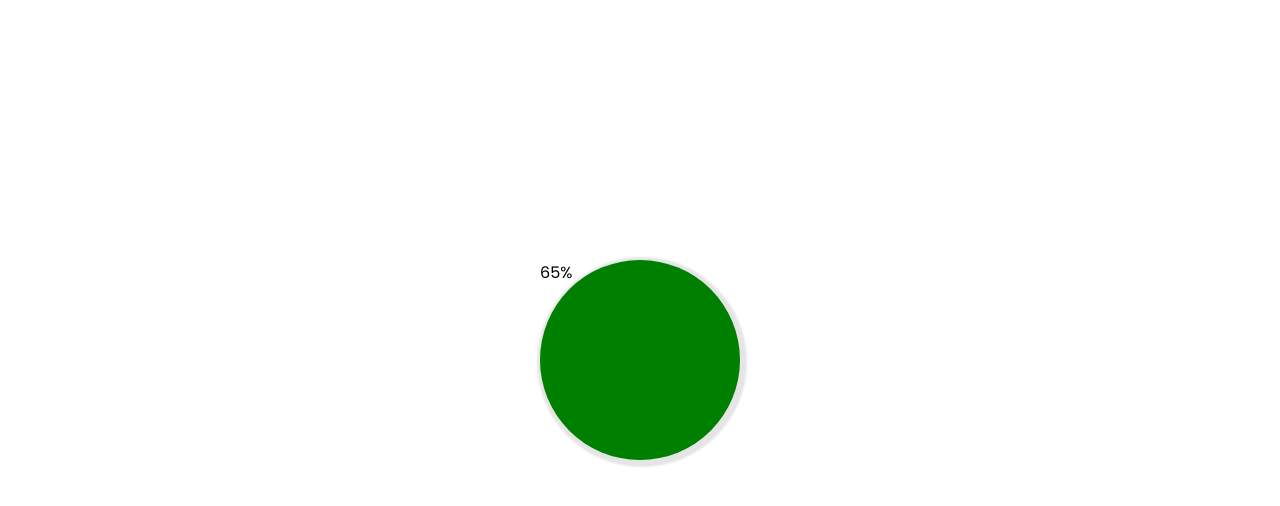
Repository: Ankitkr2021/Loader-Spinner
Page: index.html
These files come from the project's save history. The page is drawn as it stood at one moment and after the next save; the edit follows.
The browser window is 1280 px wide. The pictures show the whole page.

Above is the page before, as saved 2025-10-21 11:00:46.

After the next save:
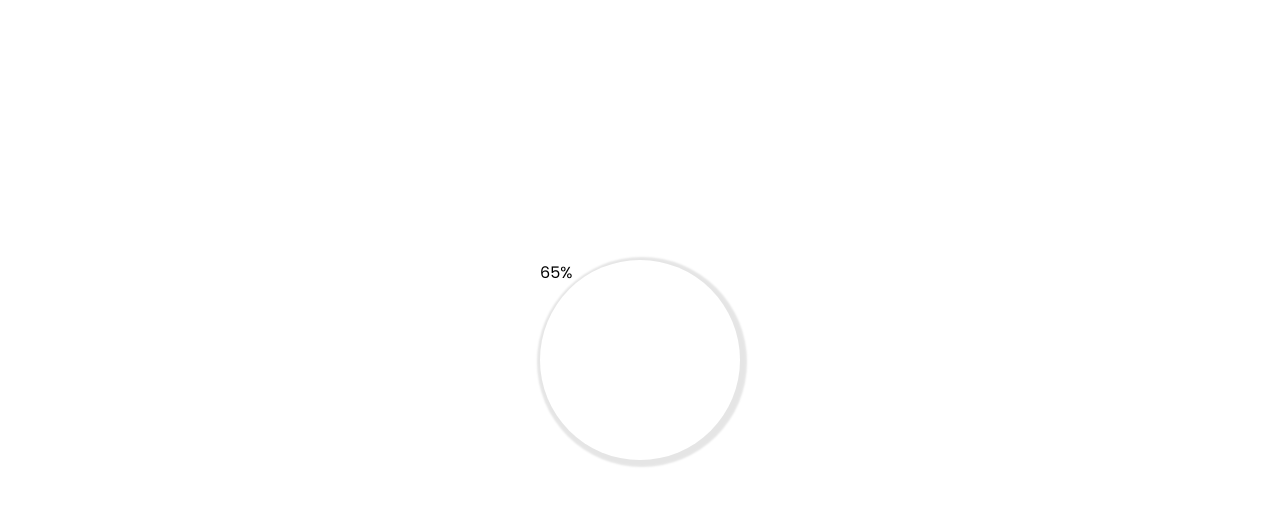
Saved 4 s later.
--- a/style.css
+++ b/style.css
@@ -16,7 +16,7 @@ body {
 }
 
 .circle{
-    background: green;
+    /* background: green; */
     width: 200px;
     height: 200px;
     border-radius: 50%;
